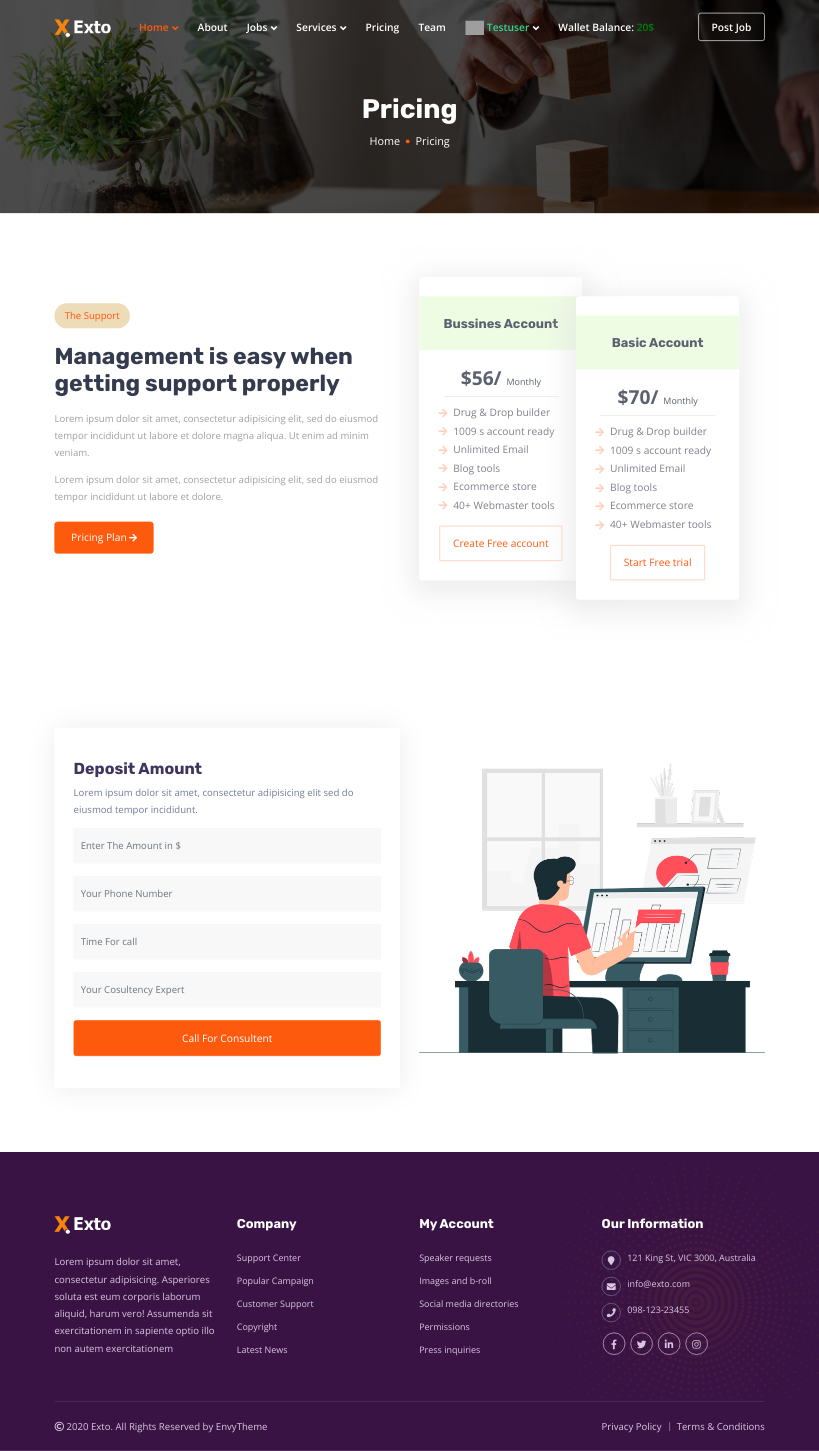
Repository: aakashrajput/XtremeWorks
Page: http://localhost/user/wallet
The author's editor kept a copy of each file at every save. The page is drawn from the files as they stood at one save, then again after the next save.
The browser window is 1280 px wide. The pictures show the whole page, at 64% of full size.
Pictures or frames that could not be fetched are drawn as grey boxes. The page is served by the project's Laravel application, run on PHP 8.4 with Laravel 8. A made-up administrator, Test User (test@example.com), is signed in. Other server files are loaded and not shown.

Above is the page before, as saved 2020-03-26 14:01:42.

### routes/web.php
<?php

use Illuminate\Support\Facades\Route;

/*
|--------------------------------------------------------------------------
| Web Routes
|--------------------------------------------------------------------------
|
| Here is where you can register web routes for your application. These
| routes are loaded by the RouteServiceProvider within a group which
| contains the "web" middleware group. Now create something great!
|
*/


//Main Site Routes

Route::get('/', function () {
    return view('site.index');
});

Route::get('/about', function () {
    return view('site.about');
});

Route::get('/user/login', function () {
    return view('site.login');
});

Route::get('/user/register', function () {
    return view('site.register');
});


Route::prefix('user')->group(function() {
    Route::post('/register', 'User\RegisterController@register')->name('user.register.submit');
    Route::post('/login', 'User\LoginController@login');
    Route::get('/home', 'User\UserHomeController@index');
    Route::get('/wallet', 'User\UserHomeController@WalletPage');
});


Auth::routes();

Route::get('/home', 'HomeController@index')->name('home');

Auth::routes();

Route::get('/home', 'HomeController@index')->name('home');

### app/Http/Controllers/User/UserHomeController.php
<?php

namespace App\Http\Controllers\User;

use App\Http\Controllers\Controller;
use Illuminate\Http\Request;

class UserHomeController extends Controller
{
    public function __construct()
    {
        $this->middleware('auth:web');
    }

    public function index()
    {
        return view('user.index');
    }

    public function WalletPage()
    {
        return view('user.wallet');
    }
}

### resources/views/user/wallet.blade.php
@include('user.includes.header')

     <!-- Start Page Title Area -->
     <div class="page-title-area">
        <div class="d-table">
            <div class="d-table-cell">
                <div class="container">
                    <div class="page-title-content">
                        <h2>Pricing</h2>
                        <ul>
                            <li>
                                <a href="index.html">Home</a>
                            </li>
                            <li>Pricing</li>
                        </ul>
                    </div>
                </div>
            </div>
        </div>
    </div>
    <!-- End Page Title Area -->

    <!-- Start Pricing Section -->
    <section class="pricing-section ptb-100">
        <div class="container">
            <div class="row align-items-center">
                <div class="col-lg-6 col-md-12">
                    <div class="pricing-area-content">
                        <span>The support</span>
                        <h3>Management is easy when getting support properly</h3>
                        <p>Lorem ipsum dolor sit amet, consectetur adipisicing elit, sed do eiusmod tempor incididunt ut labore et dolore magna aliqua. Ut enim ad minim veniam.</p>
                        <p>Lorem ipsum dolor sit amet, consectetur adipisicing elit, sed do eiusmod tempor incididunt ut labore et dolore.</p>
                    </div>
                    <div class="pricing-btn-wrap">
                        <div class="price-btn">
                            <a href="pricing.html#" class="price-btn-one">
                                Pricing Plan
                                <i class="fa fa-arrow-right"></i>
                            </a>
                        </div>
                    </div>
                </div>

                <div class="col-lg-3 col-md-6 col-sm-6">
                    <div class="single-pricing-box">
                        <div class="pricing-header">
                            <h3>Bussines Account</h3>
                        </div>
                        <div class="price">
                            $56/ <span>Monthly</span>
                        </div>
                        <ul class="pricing-features">
                            <li>
                                <i class="fa fa-arrow-right"></i>
                                Drug & Drop builder
                            </li>
                            <li>
                                <i class="fa fa-arrow-right"></i>
                                1009 s account ready
                            </li>
                            <li>
                                <i class="fa fa-arrow-right"></i>
                                Unlimited Email
                            </li>
                            <li>
                                <i class="fa fa-arrow-right"></i>
                                Blog tools
                            </li>
                            <li>
                                <i class="fa fa-arrow-right"></i>
                                Ecommerce store
                            </li>
                            <li>
                                <i class="fa fa-arrow-right"></i>
                                40+ Webmaster tools
                            </li>
                        </ul>
                        <div class="buy-btn">
                            <a href="pricing.html#" class="buy-btn-one">Create Free account</a>
                        </div>
                    </div>
                </div>

                <div class="col-lg-3 col-md-6 col-sm-6">
                    <div class="single-pricing-box table-price">
                        <div class="pricing-header">
                            <h3>Basic Account</h3>
                        </div>
                        <div class="price">
                            $70/ <span>Monthly</span>
                        </div>
                        <ul class="pricing-features">
                            <li>
                                <i class="fa fa-arrow-right"></i>
                                Drug & Drop builder
                            </li>
                            <li>
                                <i class="fa fa-arrow-right"></i>
                                1009 s account ready
                            </li>
                            <li>
                                <i class="fa fa-arrow-right"></i>
                                Unlimited Email
                            </li>
                            <li>
                                <i class="fa fa-arrow-right"></i>
                                Blog tools
                            </li>
                            <li>
                                <i class="fa fa-arrow-right"></i>
                                Ecommerce store
                            </li>
                            <li>
                                <i class="fa fa-arrow-right"></i>
                                40+ Webmaster tools
                            </li>
                        </ul>
                        <div class="buy-btn">
                            <a href="pricing.html#" class="buy-btn-one">Start Free trial</a>
                        </div>
                    </div>
                </div>
            </div>
        </div>
    </section>
    <!-- End Pricing Section -->


    <!-- Start Request Section -->
    <section class="request-section ptb-100">
        <div class="container">
            <div class="row align-items-center">
                <div class="col-lg-6">
                    <div class="request-area">
                        <h3>Deposit Amount</h3>
                        <p>Lorem ipsum dolor sit amet, consectetur adipisicing elit sed do eiusmod tempor incididunt.</p>
                        <div class="request-form">
                            <form>
                                <div class="form-group">
                                    <input type="Number" class="form-control" placeholder="Enter The Amount in $">
                                </div>
                                <div class="form-group">
                                    <input type="text" class="form-control" placeholder="Your Phone Number">
                                </div>
                                <div class="form-group">
                                    <input type="text" class="form-control" placeholder="Time For call">
                                </div>
                                <div class="form-group">
                                    <input type="text" class="form-control" placeholder="Your Cosultency Expert">
                                </div>
                                <button type="submit" class="btn btn-primary">Call For Consultent</button>
                            </form>
                        </div>
                    </div>
                </div>

                <div class="col-lg-6">
                    <div class="request">
                        <img src="assets/img/request.jpg" alt="image">
                    </div>
                </div>
            </div>
        </div>
    </section>
    <!-- End Request Section -->

@include('user.includes.footer')

### public/assets/css/flaticon.css
/*
Flaticon icon font: Flaticon
*/
@font-face {
	font-family: "Flaticon";
	src: url("../fonts/Flaticon.eot");
	src: url("../fonts/Flaticon.eot%3F") format("embedded-opentype"),
	url("../fonts/Flaticon.woff2") format("woff2"),
	url("../fonts/Flaticon.woff") format("woff"),
	url("../fonts/Flaticon.ttf") format("truetype"),
	url("../fonts/Flaticon.svg") format("svg");
	font-weight: normal;
	font-style: normal;
}
@media screen and (-webkit-min-device-pixel-ratio:0) {
	@font-face {
		font-family: "Flaticon";
		src: url("../fonts/Flaticon.svg") format("svg");
	}
}
[class^="flaticon-"]:before, [class*=" flaticon-"]:before,
[class^="flaticon-"]:after, [class*=" flaticon-"]:after {
	font-family: Flaticon;
	font-style: normal;
}

.flaticon-right-arrow:before { content: "\f100"; }
.flaticon-claim:before { content: "\f101"; }
.flaticon-lock:before { content: "\f102"; }
.flaticon-diagram:before { content: "\f103"; }
.flaticon-money:before { content: "\f104"; }
.flaticon-pen:before { content: "\f105"; }
.flaticon-refresh:before { content: "\f106"; }
.flaticon-budget:before { content: "\f107"; }
.flaticon-data:before { content: "\f108"; }
.flaticon-file:before { content: "\f109"; }
.flaticon-ruler:before { content: "\f10a"; }
.flaticon-facebook:before { content: "\f10b"; }
.flaticon-twitter:before { content: "\f10c"; }
.flaticon-linkedin:before { content: "\f10d"; }
.flaticon-instagram-logo:before { content: "\f10e"; }

### public/assets/css/flaticon-two.css
	/*
  	Flaticon icon font: Flaticon
  	Creation date: 22/12/2019 12:08
  	*/

@font-face {
	font-family: "Flaticon";
	src: url("../fonts/style-one/Flaticon.eot");
	src: url("../fonts/style-one/Flaticon.eot%3F") format("embedded-opentype"),
	url("../fonts/style-one/Flaticon.woff2") format("woff2"),
	url("../fonts/style-one/Flaticon.woff") format("woff"),
	url("../fonts/style-one/Flaticon.ttf") format("truetype"),
	url("../fonts/style-one/Flaticon.svg") format("svg");
	font-weight: normal;
	font-style: normal;
}
@media screen and (-webkit-min-device-pixel-ratio:0) {
	@font-face {
		font-family: "Flaticon";
		src: url("../fonts/style-one/Flaticon.svg") format("svg");
	}
}
[class^="flaticon-"]:before, [class*=" flaticon-"]:before,
[class^="flaticon-"]:after, [class*=" flaticon-"]:after {
	font-family: Flaticon;
	font-style: normal;
}

.flaticon-headphones:before { content: "\f100"; }
.flaticon-tag:before { content: "\f101"; }
.flaticon-cyber-security:before { content: "\f102"; }
.flaticon-innovation:before { content: "\f103"; }
.flaticon-content:before { content: "\f104"; }
.flaticon-unlink:before { content: "\f105"; }
.flaticon-data:before { content: "\f106"; }
.flaticon-goal:before { content: "\f107"; }
.flaticon-modules:before { content: "\f108"; }
.flaticon-work-time:before { content: "\f109"; }
.flaticon-it:before { content: "\f10a"; }
.flaticon-monitor:before { content: "\f10b"; }
.flaticon-appointment:before { content: "\f10c"; }
.flaticon-user:before { content: "\f10d"; }
.flaticon-dancer-motion:before { content: "\f10e"; }
.flaticon-cropping-tool:before { content: "\f10f"; }
.flaticon-brain-and-head:before { content: "\f110"; }
.flaticon-telephone:before { content: "\f111"; }
.flaticon-envelope:before { content: "\f112"; }
.flaticon-edit:before { content: "\f113"; }
.flaticon-placeholder:before { content: "\f114"; }

### public/assets/css/flaticon-three.css
	/*
  	Flaticon icon font: Flaticon
  	Creation date: 02/01/2020 10:22
  	*/

@font-face {
	font-family: "Flaticon";
	src: url("../fonts/style-two/Flaticon.eot");
	src: url("../fonts/style-two/Flaticon.eot%3F") format("embedded-opentype"),
	url("../fonts/style-two/Flaticon.woff2") format("woff2"),
	url("../fonts/style-two/Flaticon.woff") format("woff"),
	url("../fonts/style-two/Flaticon.ttf") format("truetype"),
	url("../fonts/style-two/Flaticon.svg") format("svg");
	font-weight: normal;
	font-style: normal;
}

@media screen and (-webkit-min-device-pixel-ratio:0) {
  @font-face {
		font-family: "Flaticon";
		src: url("../fonts/style-two/Flaticon.svg") format("svg");
	}
}
[class^="flaticon-"]:before, [class*=" flaticon-"]:before,
[class^="flaticon-"]:after, [class*=" flaticon-"]:after {
	font-family: Flaticon;
	font-style: normal;
}

.flaticon-industry:before { content: "\f100"; }
.flaticon-group:before { content: "\f101"; }
.flaticon-promotion:before { content: "\f102"; }
.flaticon-coffee-cup:before { content: "\f103"; }

### public/assets/css/progressbar.min.css
.circle-chart{width:150px;height:150px}.circle-chart__circle{stroke:#00acc1;stroke-width:2;stroke-linecap:square;fill:none;animation:circle-chart-fill 2s reverse;transform:rotate(-90deg);transform-origin:center}.circle-chart__circle--negative{transform:rotate(-90deg)scale(1,-1)}.circle-chart__background{stroke:#efefef;stroke-width:2;fill:none}.circle-chart__info{animation:circle-chart-appear 2s forwards;opacity:0;transform:translateY(0.3em)}.circle-chart__percent{alignment-baseline:central;text-anchor:middle;font-size:8px}.circle-chart__subline{alignment-baseline:central;text-anchor:middle;font-size:3px}.success-stroke{stroke:#ff8a00}.warning-stroke{stroke:#ffbb33}.danger-stroke{stroke:#ff4444}
@keyframes circle-chart-fill{to{stroke-dasharray:0 100}}
@keyframes circle-chart-appear{to{opacity:1;transform:translateY(0)}}

Loaded but not shown: app/Http/Controllers/Auth/LoginController.php (common file); app/Http/Controllers/Controller.php (common file); app/Http/Controllers/Auth/ConfirmPasswordController.php (common file); app/User.php (common file); public/assets/css/bootstrap.min.css (library); public/assets/css/animate.min.css (library); public/assets/css/odometer.min.css (library); public/assets/css/meanmenu.css (common file); public/assets/css/magnific-popup.min.css (library); public/assets/css/nice-select.min.css (library); public/assets/css/owl.carousel.min.css (library); public/assets/css/fontawesome.min.css (library); public/assets/css/style.css (library); public/assets/js/jquery.min.js (library); public/assets/js/popper.min.js (library); public/assets/js/bootstrap.min.js (library); public/assets/js/jquery.meanmenu.js (library); public/assets/js/jquery.appear.min.js (common file); public/assets/js/odometer.min.js (library); public/assets/js/owl.carousel.min.js (library); public/assets/js/jquery.magnific-popup.min.js (library); public/assets/js/wow.min.js (library); public/assets/js/particles.min.js (library); public/assets/js/main.js (330 lines, source omitted); public/assets/js/jquery.nice-select.min.js (4 lines, source omitted); public/assets/js/progressbar.min.js (4 lines, source omitted); public/assets/css/responsive.css (2922 lines, source omitted); resources/views/user/includes/header.blade.php (158 lines, source omitted); resources/views/user/includes/footer.blade.php (168 lines, source omitted)

After the next save:
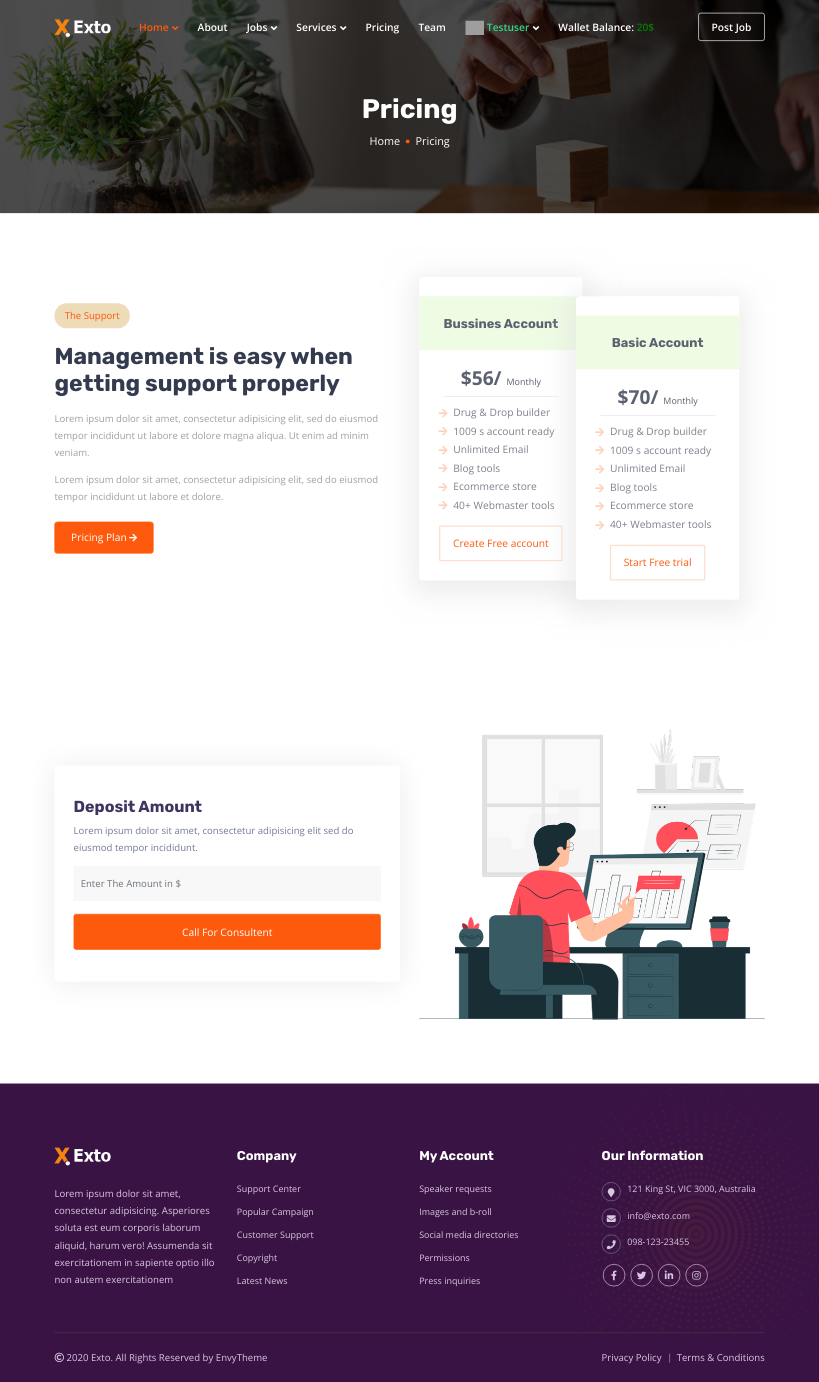
Saved 16 s later.
--- a/resources/views/user/wallet.blade.php
+++ b/resources/views/user/wallet.blade.php
@@ -139,15 +139,6 @@
                                 <div class="form-group">
                                     <input type="Number" class="form-control" placeholder="Enter The Amount in $">
                                 </div>
-                                <div class="form-group">
-                                    <input type="text" class="form-control" placeholder="Your Phone Number">
-                                </div>
-                                <div class="form-group">
-                                    <input type="text" class="form-control" placeholder="Time For call">
-                                </div>
-                                <div class="form-group">
-                                    <input type="text" class="form-control" placeholder="Your Cosultency Expert">
-                                </div>
                                 <button type="submit" class="btn btn-primary">Call For Consultent</button>
                             </form>
                         </div>
